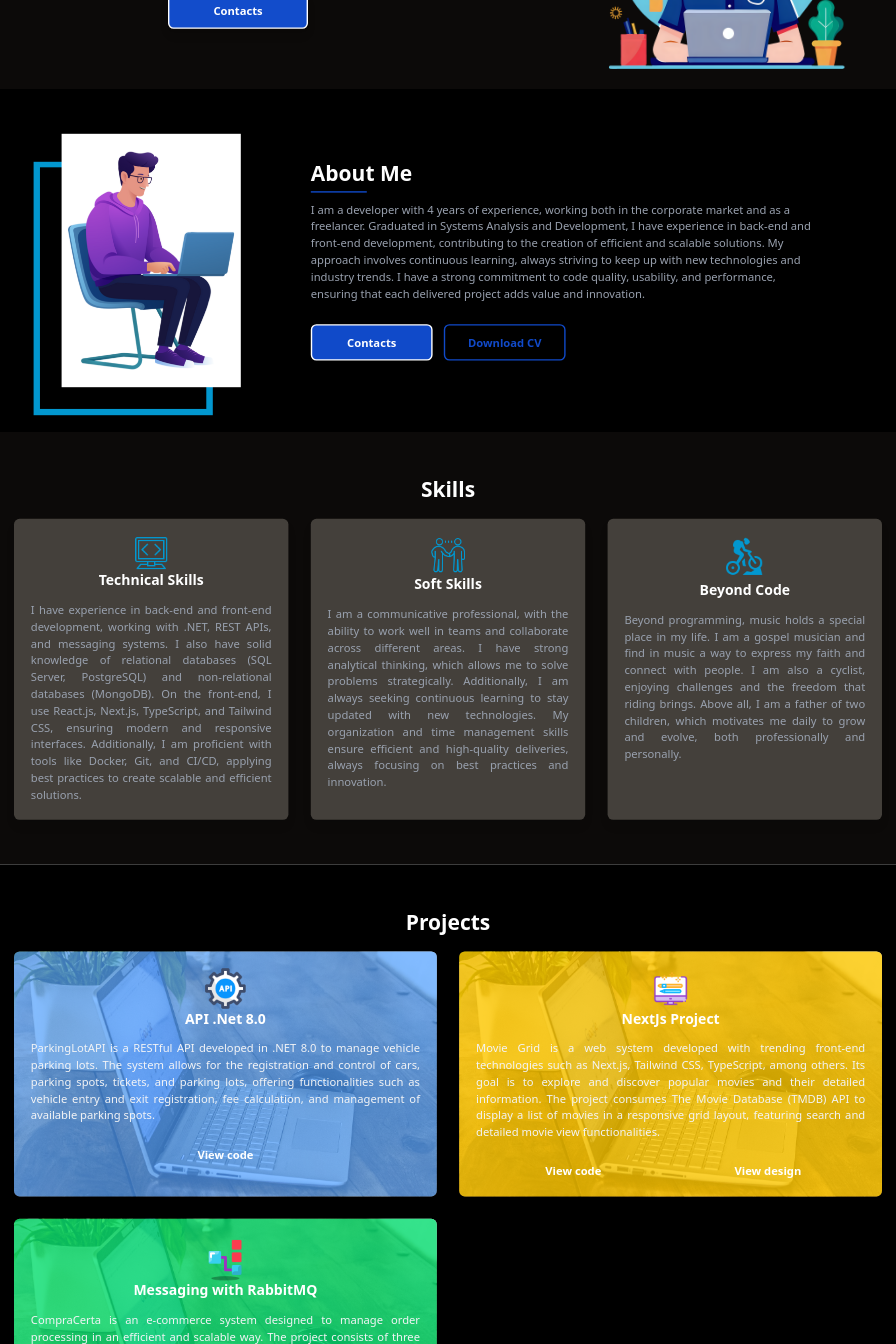
Repository: kcsdesenvolvedor/portfolio
Page: index.html
An editor plug-in stored every save of this project. The page is shown before and after the next save, followed by the edit.
The browser window is 1280 px wide. The pictures show the part of the page from y = 353 to 2273 px (the page is 2838 px tall), at 70% of full size.

Above is the page before, as saved 2025-03-26 20:14:02.
Console error: TypeError: Cannot read properties of null (reading 'textContent')

After the next save:
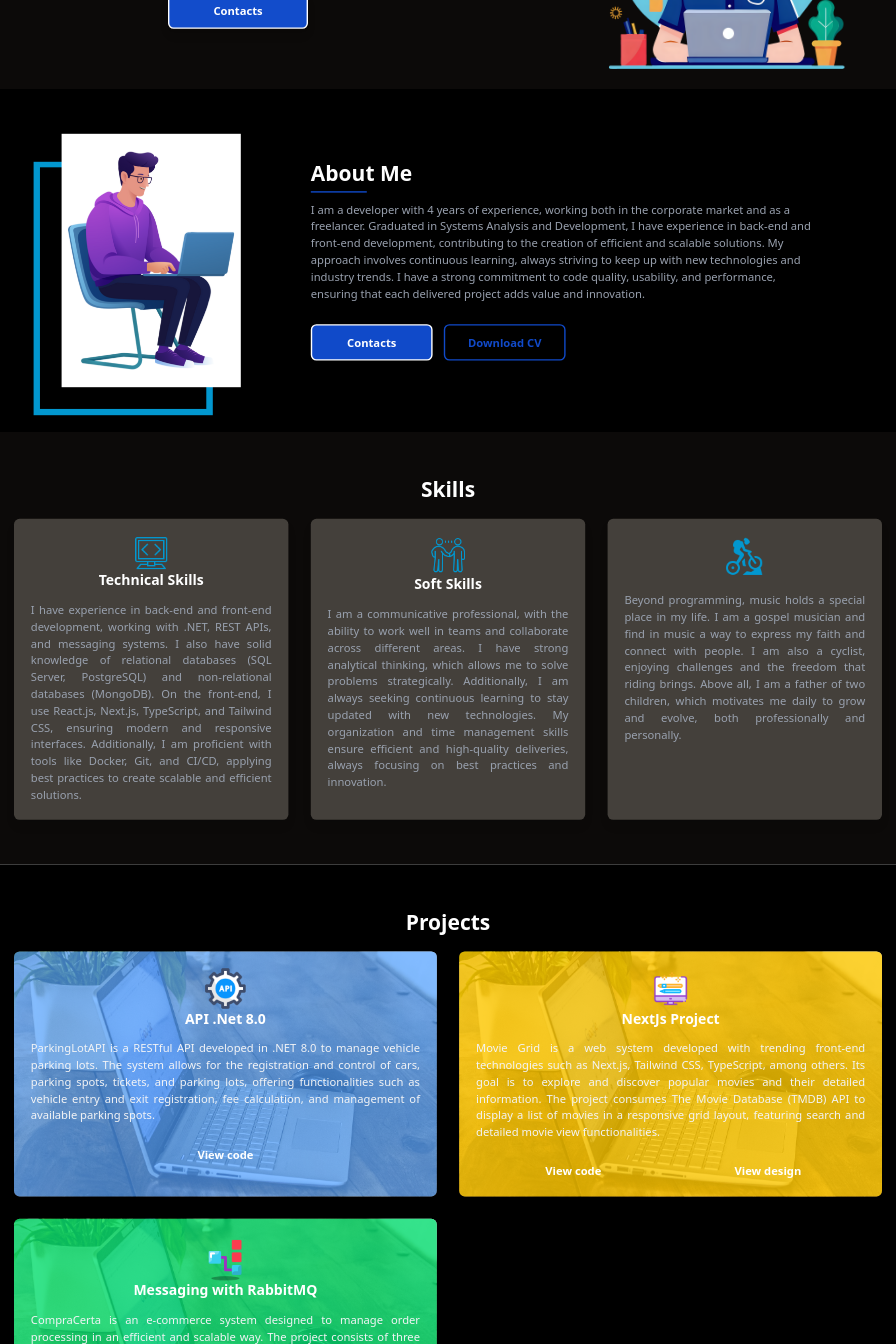
Saved 25 s later.
--- a/index.html
+++ b/index.html
@@ -180,7 +180,7 @@
                 </div>
                 <div class="flex flex-col items-center bg-stone-700 p-6 rounded-lg shadow-lg transition delay-150 duration-300 transform hover:scale-105 hover:shadow-xl">
                     <img src="./img/beyond-code.png" alt="imagem de beyond code">
-                    <h4 class="text-xl text-white font-bold mb-4">Beyond Code</h4>
+                    <h4 class="text-xl text-white font-bold mb-4" data-i18n="beyondCode"></h4>
                     <p class="text-gray-400 text-justify">Beyond programming, music holds a special place in my life. I am a gospel musician and find in music a way to express my faith and connect with people. I am also a cyclist, enjoying challenges and the freedom that riding brings. Above all, I am a father of two children, which motivates me daily to grow and evolve, both professionally and personally.</p>
                 </div>
             </div>
